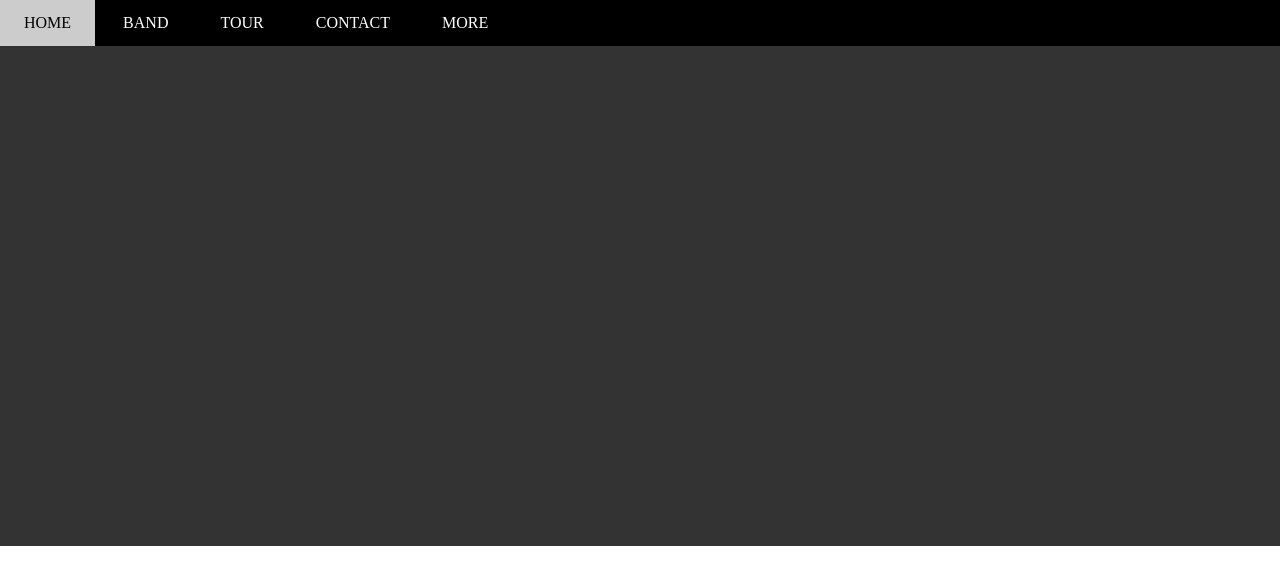
Repository: quochung2k3/Web-Team
Page: index.html
An editor plug-in stored every save of this project. The page is shown before and after the next save, followed by the edit.
The browser window is 1280 px wide. The pictures show the whole page.

Above is the page before, as saved 2023-08-03 22:24:48.

After the next save:
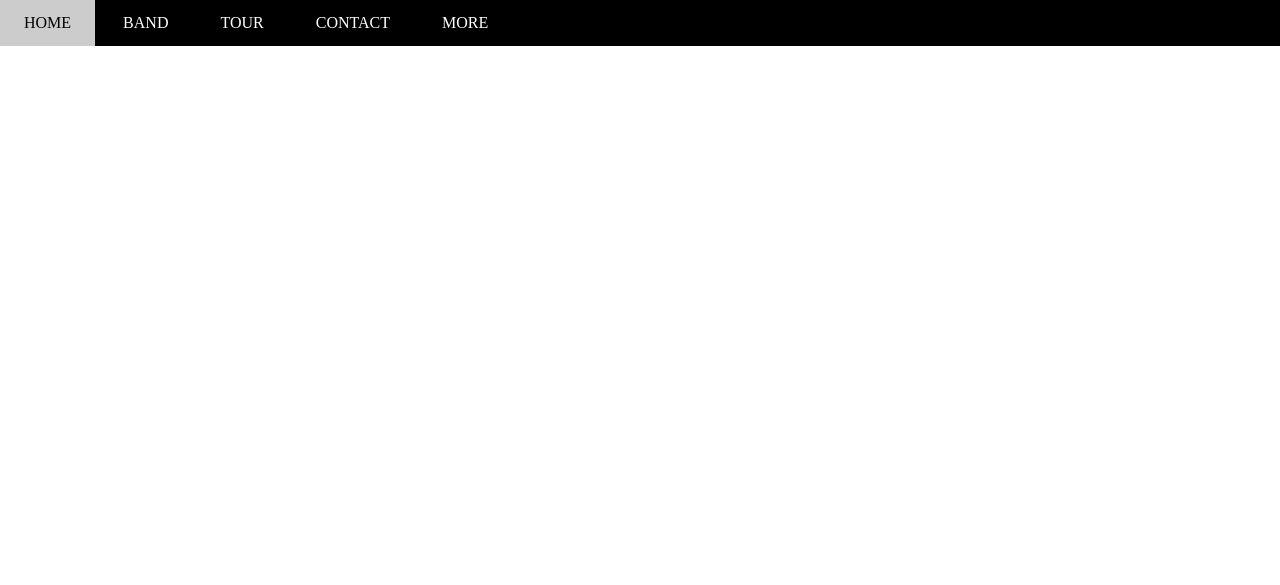
Saved 11 h 11 min later.
--- a/assets/css/style.css
+++ b/assets/css/style.css
@@ -74,8 +74,7 @@
 
 
 #slider {
-    min-height: 500px;
-    background-color: #333;
+
 }
 
 #content {
